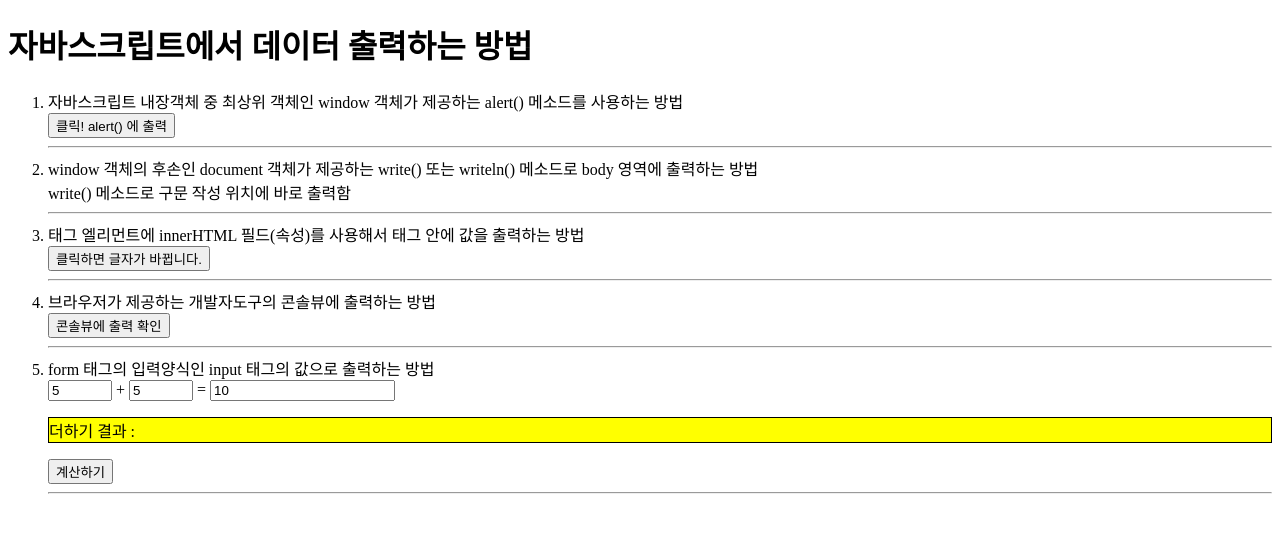
Repository: bianchi112/ict-data
Page: web_workspace/testJavaScriptProject/src/main/webapp/views/testjs/sample2.html
These files come from the project's save history. The page is drawn as it stood at one moment and after a run of saves; the edit follows.
The browser window is 1280 px wide. The pictures show the whole page.
Empty fields were first filled with sample values (such as "Sample", 5 or name@example.com).
After loading, the first visible `input[onclick="calculator();"]` was clicked once.

Above is the page before, as saved 2024-09-03 03:56:58.

### web_workspace/testJavaScriptProject/src/main/webapp/views/testjs/sample2.html
<!DOCTYPE html>
<html>
<head>
<meta charset="UTF-8">
<title>sample2</title>
<script type="text/javascript" src="/testj/resources/js/main.js"></script>
</head>
<body>
<h1>자바스크립트에서 데이터 출력하는 방법</h1>
<ol>
	<li>자바스크립트 내장객체 중 최상위 객체인 window 객체가 제공하는 alert() 메소드를 사용하는 방법</li>
	<button onclick="testAlert();">클릭! alert() 에 출력</button>
	<hr>

	<li>window 객체의 후손인 document 객체가 제공하는 write() 또는 writeln() 메소드로 body 영역에
	출력하는 방법</li>
	<script type="text/javascript">
		document.write("write() 메소드로 구문 작성 위치에 바로 출력함");
	</script>
	<hr>

	<li>태그 엘리먼트에 innerHTML 필드(속성)를 사용해서 태그 안에 값을 출력하는  방법</li>
	<button onclick="this.innerHTML='*^^*';">클릭하면 글자가 바뀝니다.</button>
	<hr>

	<li>브라우저가 제공하는 개발자도구의 콘솔뷰에 출력하는 방법</li>
	<button onclick="printConsole();">콘솔뷰에 출력 확인</button>
	<script type="text/javascript">
		  function printConsole(){
			  // 내장객체는 자바스크립트 내장객체와 브라우저 내장객체가 있음
			  // 브라우저 내장객체인 console 의 log() 메소드를 이용함
			  console.log("개발자도구의 콘솔에 메세지 출력 확인!")

			  var name = "홍길동";
			  var age = 29;
			  // 자바스크립트에서는 문자하나와 문자열 구분 없음
			  // 문자, 문자열 표기에 '문자|문자열값' 또는 "문자|문자열값" 둘다 사용 가능함
			  console.log('age : ' + age);
			  console.log('name : ' + name);
		  }
	</script>
	<hr>

	<li>form 태그의 입력양식인 input 태그의 값으로 출력하는 방법</li>
	<input type="number" id="num1" vlaue="0" min="0" max="100"> +
	<input type="number" id="num2" vlaue="0" min="0" max="100"> =
	<input type="number" id="result" value="0"> <br>
	<p id="demo4" style="border:1px solid black; background:yellow;">
	더하기 결과 :
	</p>
	<!-- body 에서의 버튼은 button 태그 사용함. form 태그 안에서는 input type="button" 사용함 -->
	<input type="button" value="계산하기" onclick="calculator();">
	<hr>


</ol>
</body>
</html>

### web_workspace/testJavaScriptProject/src/main/webapp/resources/js/main.js
/**
 * main.js
 * 2024-09-03 작성
 */

// 전역변수 선언 : 함수 밖에서 선언된 변수
// 선언된 위치 아래쪽에서는 모두 사용 가능함
// var 변수명 = 값;
var flag = false;

function toggleImage() {
	// 지역변수 : 함수 안에서 선언된 변수, 선언된 블럭 {} 밖에서는 사용 못  함
	var img = document.getElementById("image1");

	if (!flag) { // if(flag == flalse)
		img.src = "/testj/resources/images/Android.gif"
		flag = true;
	} else { // flag == true
		img.src = "/testj/resources/images/button.jpg";
		flag = false;
	}
}

function changeCSS() {
	// 글자색, 테두리선, 글자크기, 배경색 변경 처리함
	var element = document.getElementById("demo3");

	element.style.color = "#ff00cc";
	element.style.border = "3px double black";
	element.style.fontSize = "24pt";
	element.style.backgroundColor = "yellow";
}

function testAlert() {
	//window.alert("main.js 안에 작성된 testAlert() 함수 실행됨");
	// 최상위 객체인 window 는 메소드 사용시 생략할 수 있음
	alert("main.js 안에 작성된 testAlert() 함수 실행됨");
}

function calculator(){
	// input 태그에 기록된 값을 읽어올 때 value 속성 사용함
	var value1 = document.getElementById('num1').value;
	var value2 = document.getElementById('num2').value;

	// 자바스크립트 내장함수 : typeof(변수 또는 값) => 값의 자료형 리턴함 => 자료형 확인 함수
	console.log('value1 : ' + typeof(value1) + '\n');
	console.log('value2 : ' + typeof(value2) + '\n');

	// input 을 통해 입력 들어오는 값은 모두 문자형임 (string)
	// 자바스크립트 내장 함수 : Number(문자형숫자) => 숫자로 바꿈 (파싱, parsing)
	var result = Number(value1) + Number(value2);

	document.getElementById('result').value = result;

}

After the next 2 saves:
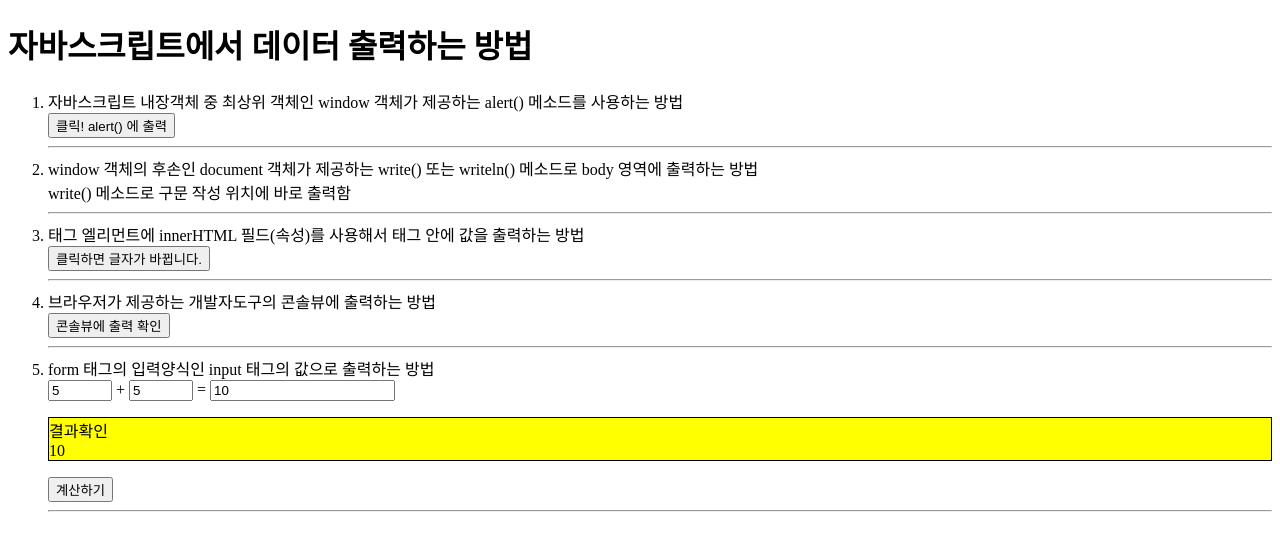
The 2 saves are shown as one change because they came seconds apart.
The last was saved 53 s later.
--- a/web_workspace/testJavaScriptProject/src/main/webapp/resources/js/main.js
+++ b/web_workspace/testJavaScriptProject/src/main/webapp/resources/js/main.js
@@ -37,19 +37,19 @@ function testAlert() {
 	alert("main.js 안에 작성된 testAlert() 함수 실행됨");
 }
 
-function calculator(){
+function calculator() {
 	// input 태그에 기록된 값을 읽어올 때 value 속성 사용함
 	var value1 = document.getElementById('num1').value;
 	var value2 = document.getElementById('num2').value;
 
 	// 자바스크립트 내장함수 : typeof(변수 또는 값) => 값의 자료형 리턴함 => 자료형 확인 함수
-	console.log('value1 : ' + typeof(value1) + '\n');
-	console.log('value2 : ' + typeof(value2) + '\n');
+	console.log('value1 : ' + typeof (value1) + '\n');
+	console.log('value2 : ' + typeof (value2) + '\n');
 
 	// input 을 통해 입력 들어오는 값은 모두 문자형임 (string)
 	// 자바스크립트 내장 함수 : Number(문자형숫자) => 숫자로 바꿈 (파싱, parsing)
 	var result = Number(value1) + Number(value2);
 
 	document.getElementById('result').value = result;
-
+	document.getElementById('demo4').innerHTML = '결과확인<BR>' + result;
 }
